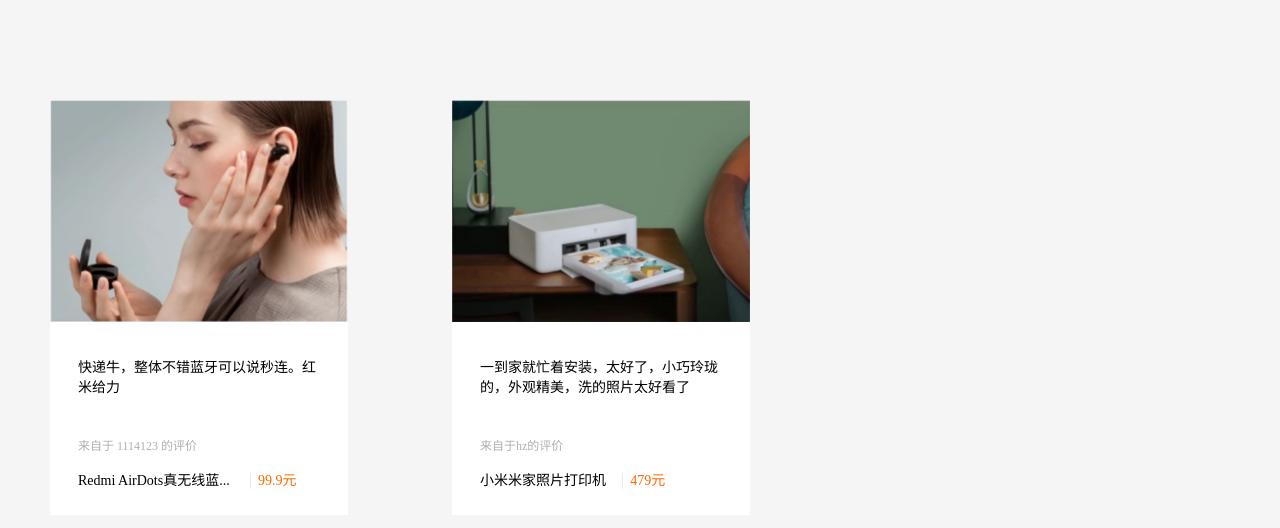
Repository: TheBestBadGuy0228/code
Page: 盒子的综合案例.html
An editor plug-in stored every save of this project. The page is shown before and after the next save, followed by the edit.
The browser window is 1280 px wide. The pictures show the whole page.

Above is the page before, as saved 2021-11-30 11:24:07.

After the next save:
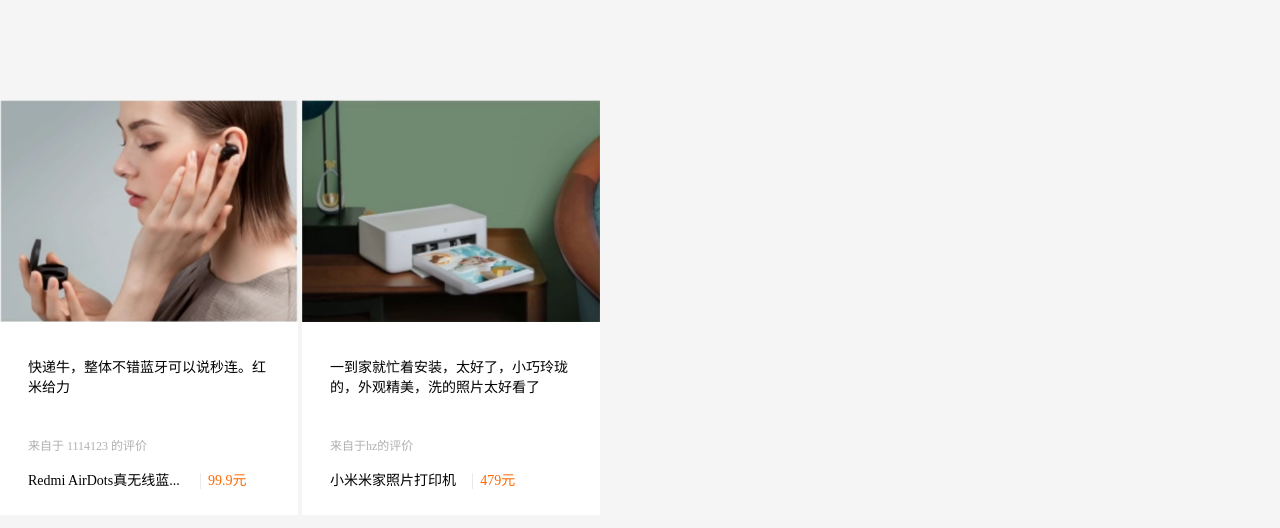
Saved 6 min 48 s later.
--- a/盒子的综合案例.html
+++ b/盒子的综合案例.html
@@ -23,7 +23,7 @@
             height: 415px;
             background-color: #fff;
             /* margin: 100px auto; */
-            margin: 100px 50px 0;
+            margin: 100px auto 0;
         }
 
         .box1 img,
